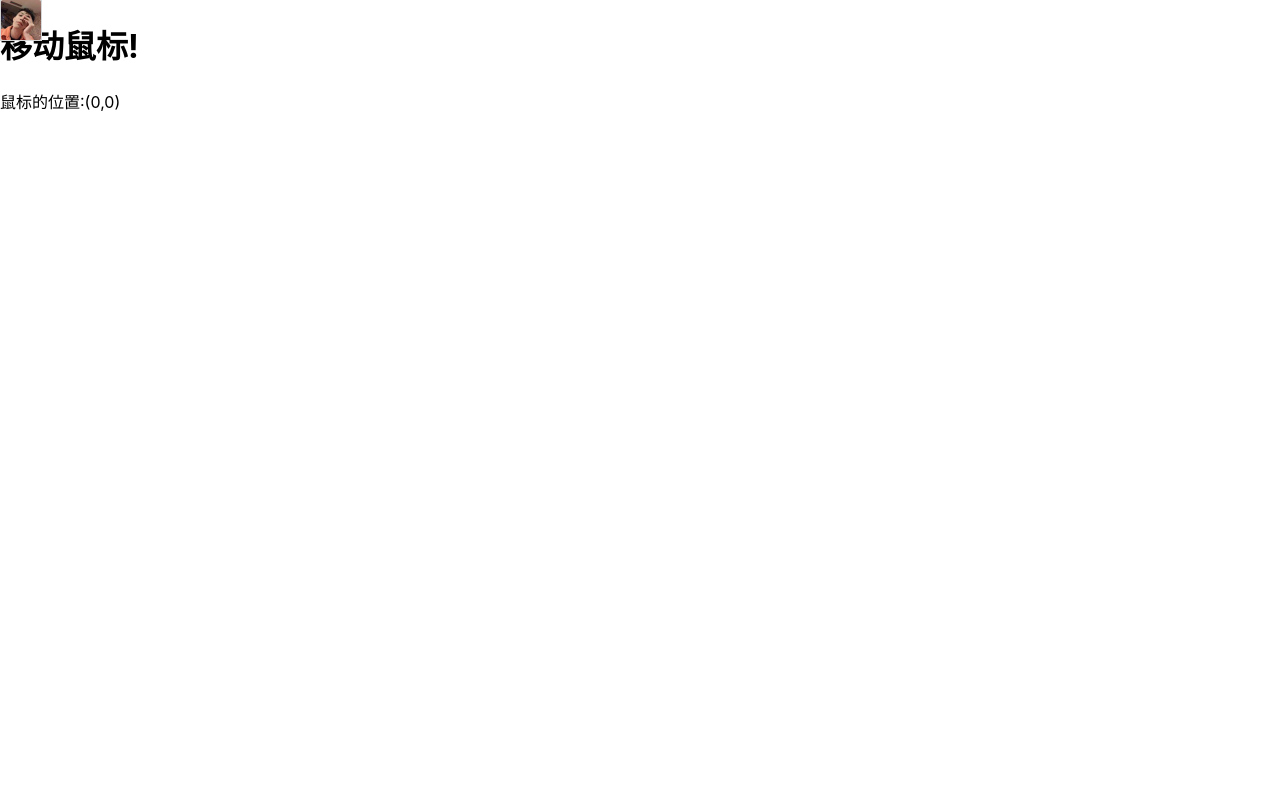
Repository: AprilChou4/cra-demo
Page: / (app in demo7-react生命周期/)
These files come from the project's save history. The page is drawn as it stood at one moment and after the next save; the edit follows.
The browser window is 1280 px wide. The pictures show the whole page.
The project was rebuilt for these pictures with package versions that can differ from the ones it lists, and the page was loaded fresh each time.

Above is the page before, as saved 2021-02-25 14:19:19.

### demo7-react生命周期/src/index.js
import React from 'react';
import ReactDOM from 'react-dom';
import './index.css';
// import App from './component/ReactLife163';
// contex的通信
// import App from './component/Context';
// 组件的复用
import App from './component/UsePublic';

ReactDOM.render(
  // <React.StrictMode>
  <App />,
  // </React.StrictMode>,
  document.getElementById('root'),
);

### demo7-react生命周期/src/component/UsePublic/index.jsx
import React from 'react';
import Mouse from './Mouse'
class MouseTracker extends React.Component {
    render() {
      return (
        <>
          <h1>移动鼠标!</h1>
          <Mouse />
        </>
      );
    }
  }
export default MouseTracker;

### demo7-react生命周期/src/component/UsePublic/Mouse.jsx
import React from 'react';
import kingImg from './mouse.png';
class Mouse extends React.Component {
    constructor(props){
        super(props);
        this.state={
            x:0,
            y:0,
        }
        this.handleMouseMove=this.handleMouseMove.bind(this);
    }
    handleMouseMove(e){
        this.setState({
            x:e.clientX,
            y:e.clientY
        })
    }
    render(){
        const {x,y}=this.state;
        return (<div style={{ height: '100vh' }} onMouseMove={this.handleMouseMove}>
            鼠标的位置:({this.state.x},{this.state.y})
            <img src={kingImg} alt="鼠标跟随" style={{position:'absolute',top:y,left:x,transform:'translate('-50%')'}}/>
        </div>)
    }
}
export default Mouse;

Loaded but not shown: demo7-react生命周期/public/index.html (common file); demo7-react生命周期/src/index.css (common file)

After the next save:
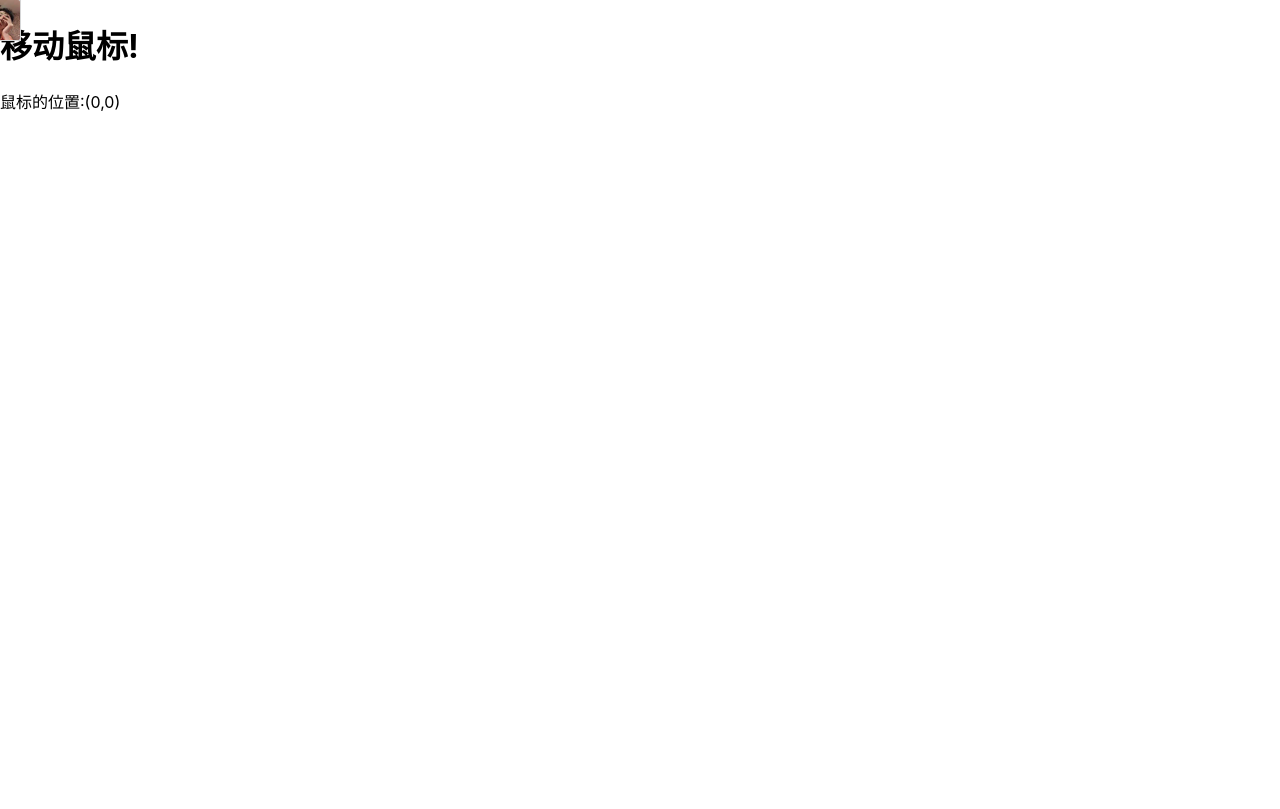
Saved 5 s later.
--- a/demo7-react生命周期/src/component/UsePublic/Mouse.jsx
+++ b/demo7-react生命周期/src/component/UsePublic/Mouse.jsx
@@ -19,7 +19,7 @@ class Mouse extends React.Component {
         const {x,y}=this.state;
         return (<div style={{ height: '100vh' }} onMouseMove={this.handleMouseMove}>
             鼠标的位置:({this.state.x},{this.state.y})
-            <img src={kingImg} alt="鼠标跟随" style={{position:'absolute',top:y,left:x,transform:'translate('-50%')'}}/>
+            <img src={kingImg} alt="鼠标跟随" style={{position:'absolute',top:y,left:x,transform:'translate(-50%)'}}/>
         </div>)
     }
 }
